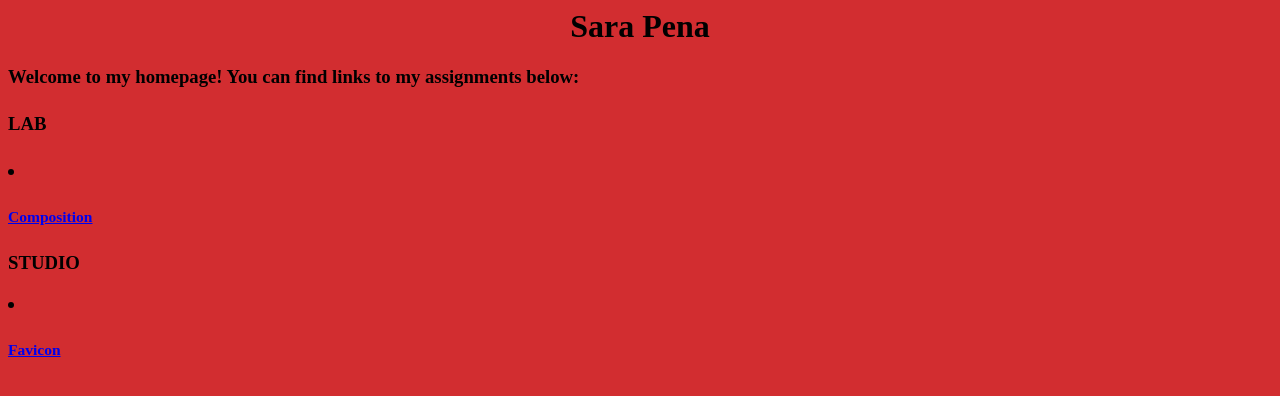
Repository: penas326/penas326.github.io
Page: index.html
The author's editor kept a record of every edit. The page is drawn from the files as they stood at one moment, then again after the next edit.
The browser window is 1280 px wide. The pictures show the whole page.

Above is the page before.

After the next edit:
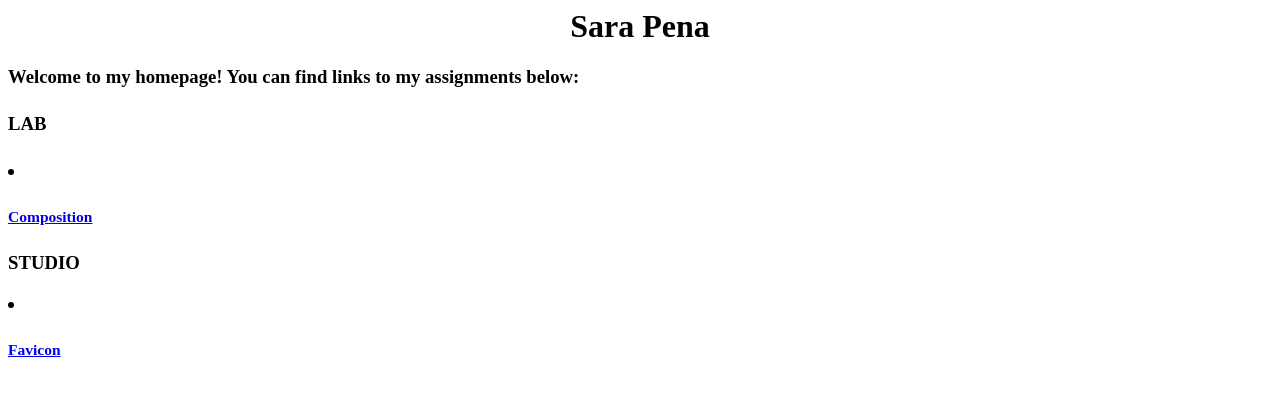
The edit:
--- a/index.html
+++ b/index.html
@@ -1,5 +1,4 @@
   <html>
-    <body bgcolor="d2d2d33">
 
     <head>
         <title>Sara Pena</title>
